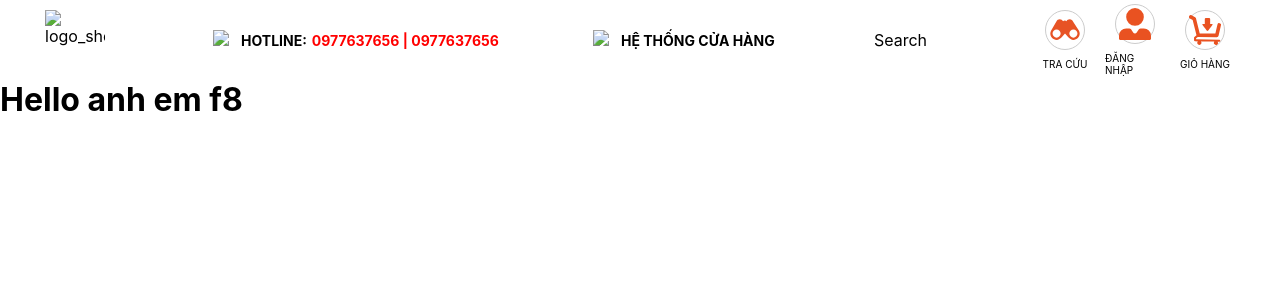
Repository: manhhieu120499/BadmintonShop
Page: /
An editor plug-in stored every save of this project. The page is shown before and after the next save, followed by the edit.
The browser window is 1280 px wide. The pictures show the whole page.
The project was rebuilt for these pictures with package versions that can differ from the ones it lists, and the page was loaded fresh each time. Also part of the build but not shown: src/layouts/components/Search/Search.module.scss.

Above is the page before, as saved 2024-08-19 11:24:23.

After the next save:
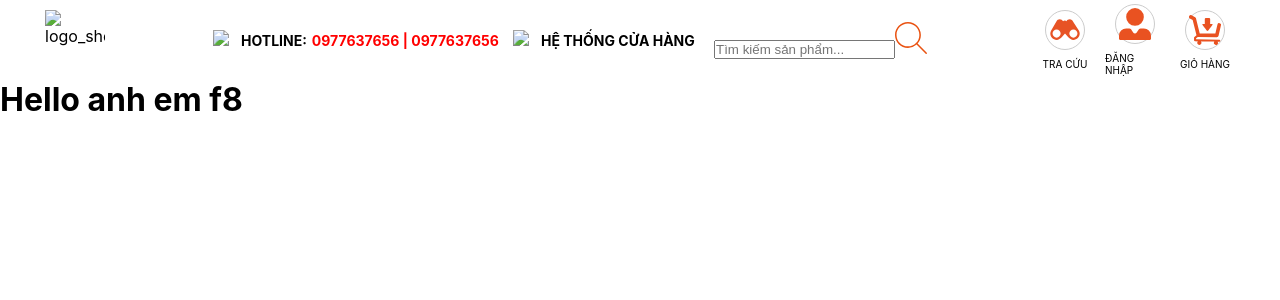
Saved 25 s later.
--- a/src/layouts/components/Search/Search.js
+++ b/src/layouts/components/Search/Search.js
@@ -1,5 +1,15 @@
+import classNames from 'classnames/bind';
+import styles from './Search.module.scss';
+import { SearchIcon } from '../../../components/Icons/Icon';
+const cx = classNames.bind(styles);
+
 function Search() {
-	return <div>Search</div>;
+	return (
+		<div className={cx('wrapper')}>
+			<input placeholder="Tìm kiếm sản phẩm..." />
+			<SearchIcon />
+		</div>
+	);
 }
 
 export default Search;
